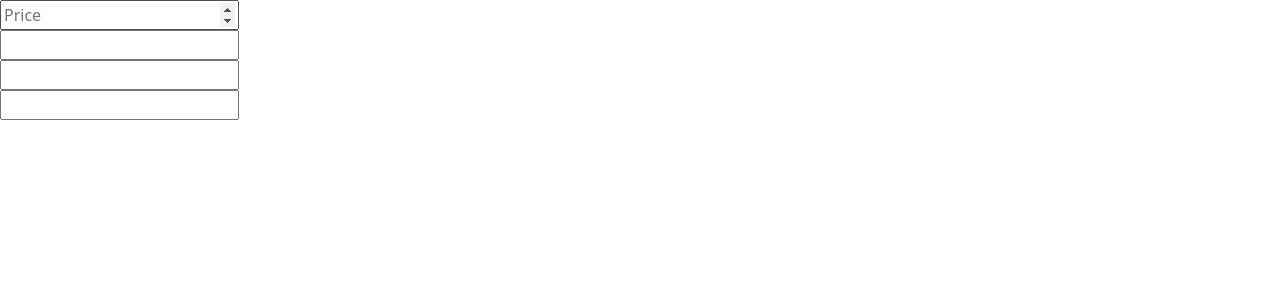
Repository: SriChakraTeja/json-crud
Page: /create-products
The author's editor kept a copy of each file at every save. The page is drawn from the files as they stood at one save, then again after the next save.
The browser window is 1280 px wide. The pictures show the whole page.
The project was rebuilt for these pictures with package versions that can differ from the ones it lists, and the page was loaded fresh each time. Also part of the build but not shown: src/components/Home.js, src/components/ProductDetails.js.

Above is the page before, as saved 2023-12-23 14:17:43.

After the next save:
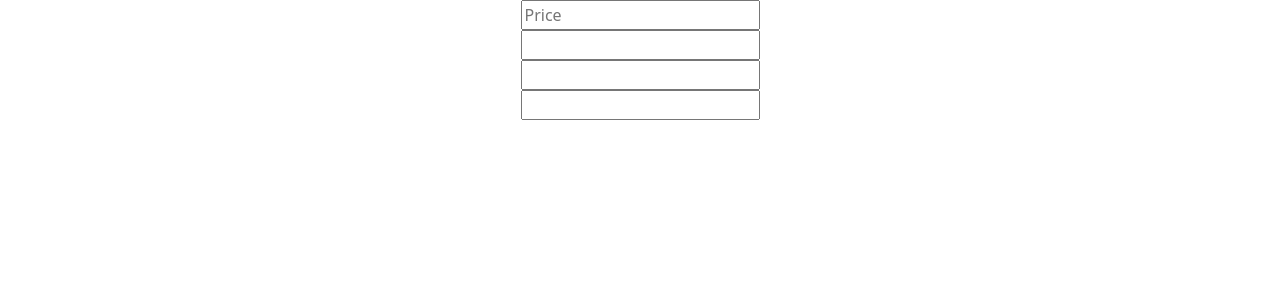
Saved 18 s later.
--- a/src/components/CreateProducts.js
+++ b/src/components/CreateProducts.js
@@ -1,20 +1,22 @@
 import React from 'react'
 
 const CreateProducts = () => {
-  return (
-    <section className = 'create-products'>
-        <form>
-            <input type = 'number' placeholder='Price'/>
-            <br />
-            <input />
-            <br />
-            <input />
-            <br />
-            <input />
-            <br />
-        </form>
-    </section>
-  )
+    return (
+        <section className='create-products'>
+            <center>
+                <form>
+                    <input type='number' placeholder='Price' />
+                    <br />
+                    <input />
+                    <br />
+                    <input />
+                    <br />
+                    <input />
+                    <br />
+                </form>
+            </center>
+        </section>
+    )
 }
 
 export default CreateProducts
